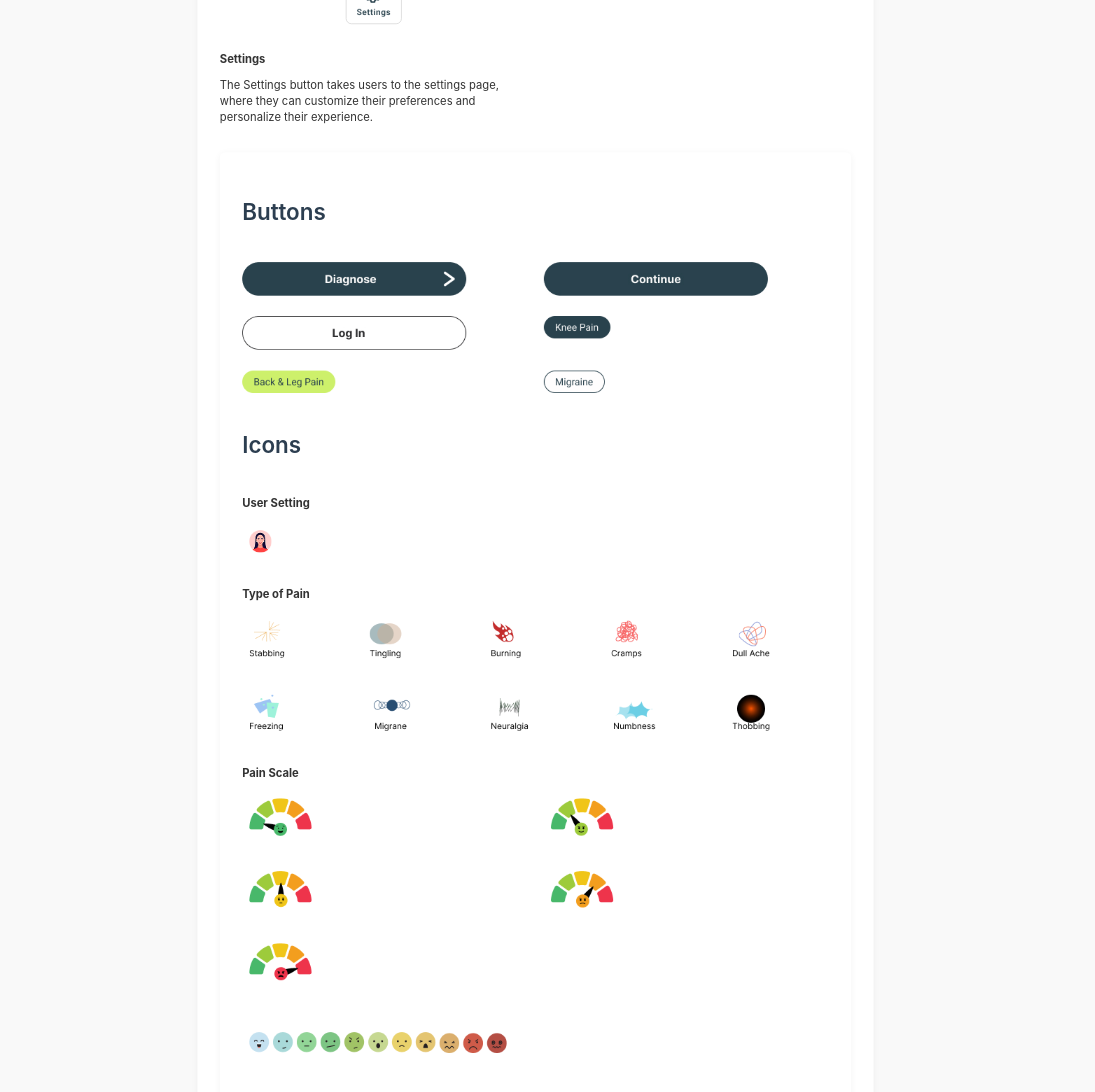
Repository: rosielee09/Heal_U
Page: graphics.html
These files come from the project's save history. The page is drawn as it stood at one moment and after the next save; the edit follows.
The browser window is 1280 px wide. The page is 1564 px wide, then 1532 px, so the pictures cover 1564 px, including what lies to the right of the window. The pictures show the part of the page from y = 838 to 2398 px (the page is 4593 px tall), at 70% of full size.

Above is the page before, as saved 2025-04-06 11:01:47.

### graphics.html
<!DOCTYPE html>
<html lang="en">
<head>
    <meta charset="UTF-8">
    <meta name="viewport" content="width=device-width, initial-scale=1.0">
    <link rel="stylesheet" href="styles.css">
    <title>Heal_U Styleguide</title>
</head>
<body>
    <div class="container">
        <!-- Sidebar Navigation -->
        <div class="sidebar">
            <div class="sidebar-header">
                <h1>UI/UX Styleguide</h1>
                <p>Project design system</p>
            </div>
            <ul class="nav">
                <li ><a href="index.html">Home</a></li>
                <li><a href="colors.html">Colors</a></li>
                <li><a href="typography.html">Typography</a></li>
                <li><a href="logo.html">Logo</a></li>
                <li class="active"><a href="graphics.html">Graphics</a></li>
                <li><a href="references.html">References</a></li>
            </ul>
        </div>

        <!-- Main Content - Home Page -->

        <div class="content">
            <header class="page-header">
                <h2>Graphics</h2>
                <p>This document provides guidelines for maintaining visual consistency across our product.</p>
            </header>


           <!-- SECTION 1: menu bar -->
           <div class="component">
            <div class="component-header">

                <section class="component-section">
                    <h3 class="component-title">Navigation Bar</h3>

                    <div class="graphic-grid">
                        <!-- home -->
                        <div class="graphic-item">
                            <img class="graphic-menu__icon" src="/img/graphic-menu/home.png" alt="home">
                            <div class="graphic-info">
                                <h4 class="graphic-title">Home</h4>
                                <p class="graphic-title-desc">The Home button navigates users to the home screen, providing quick access to the main interface.</p>
                            </div>
                        </div>
                        <!-- diagnose -->
                        <div class="graphic-item">
                            <img class="graphic-menu__icon" src="/img/graphic-menu/diagnose.png" alt="diagnose">
                            <div class="graphic-info">
                                <h4 class="graphic-title">Diagnose </h4>
                                <p class="graphic-title-desc">The diagnose button navigates users to the Diagnose page, allowing them to reassess their condition anytime, especially if their pain level changes significantly.</p>
                            </div>
                        </div>
                        <!-- Progress -->
                        <div class="graphic-item">
                            <img class="graphic-menu__icon" src="/img/graphic-menu/progress.png" alt="Progress">
                            <div class="graphic-info">
                                <h4 class="graphic-title">Progress </h4>
                                <p class="graphic-title-desc">
                                    The Progress button takes users to the Progress page, where they can track their journey from the beginning to their current pain condition.</p>
                            </div>
                        </div>

                        <!-- blog -->
                        <div class="graphic-item">
                            <img class="graphic-menu__icon" src="/img/graphic-menu/blog.png" alt="blog">
                            <div class="graphic-info">
                                <h4 class="graphic-title">Blog </h4>
                                <p class="graphic-title-desc">The Blog button takes users to the blog page, allowing them to interact with others and find motivation through shared experiences.</p>
                        </div>
                        </div>

                        <!-- Settings -->
                        <div class="graphic-item">
                            <img class="graphic-menu__icon" src="/img/graphic-menu/setting.png" alt="Setting">
                            <div class="graphic-info">
                                <h4 class="graphic-title">Settings </h4>
                                <p class="graphic-title-desc">The Settings button takes users to the settings page, where they can customize their preferences and personalize their experience.</p>
                    </div>
                </div>
            </div>
        </div>
<!-- button section -->
<div class="component">
                <section class="component-section">
                    <h3 class="component-title">Buttons </h3>

                    <div class="graphic-grid">
                          <!-- fill button -->
                        <div class="graphic-item">
                            <img class="graphic-button__icon" src="/img/Appovation - buttons/Button-fill-withIcon.png" alt="fill-icon">
                        </div>
                        <div class="graphic-item">
                            <img class="graphic-button__icon" src="/img/Appovation - buttons/Button-fill.jpg" alt="fill">
                        </div>
                        <div class="graphic-item">
                            <img class="graphic-button__icon" src="/img/Appovation - buttons/Button-outline.jpg" alt="outline">
                        </div>
                        <div class="graphic-item">
                            <img class="graphic-button__icon" src="/img/Appovation - buttons/chips-fill.png" alt="chips">
                        </div>
                        <div class="graphic-item">
                            <img class="graphic-button__icon" src="/img/Appovation - buttons/chips-highlighted.png" alt="chips-highlighted">
                        </div>
                        <div class="graphic-item">
                            <img class="graphic-button__icon" src="/img/Appovation - buttons/chips-outlined.png" alt="chips-outlined">
                        </div>
                    </div>
                </section>

            <section class="component-section">
                <h3 class="component-title">Icons </h3>
                <h4 class="graphic-title">User Setting</h4>
                <div class="graphic-item">
                    <img class="graphic-icons" src="/img/Appovation - icons/user setting icon.png" alt="pain_type_icon">
                </div>

                <h4 class="graphic-title">Type of Pain</h4>
                <div class="graphic-grid__icons">

                    <div class="graphic-item">
                        <img class="graphic-icons" src="/img/Appovation - icons/Icon-stabbing.png" alt="pain_type_icon">
                    </div>
                    <div class="graphic-item">
                        <img class="graphic-icons" src="/img/Appovation - icons/Icon-tingling.png" alt="pain_type_icon">
                    </div>
                    <div class="graphic-item">
                        <img class="graphic-icons" src="/img/Appovation - icons/Icon_Burning.png" alt="pain_type_icon">
                    </div>
                    <div class="graphic-item">
                        <img class="graphic-icons" src="/img/Appovation - icons/Icon_Cramps.png" alt="pain_type_icon">
                    </div>
                    <div class="graphic-item">
                        <img class="graphic-icons" src="/img/Appovation - icons/Icon_dull ache.png" alt="pain_type_icon">
                    </div>
                    <div class="graphic-item">
                        <img class="graphic-icons" src="/img/Appovation - icons/Icon_freezing.png" alt="pain_type_icon">
                    </div>
                    <div class="graphic-item">
                        <img class="graphic-icons" src="/img/Appovation - icons/Icon_Migrane.png" alt="pain_type_icon">
                    </div>
                    <div class="graphic-item">
                        <img class="graphic-icons" src="/img/Appovation - icons/Icon_neuralgia.png" alt="pain_type_icon">
                    </div>
                    <div class="graphic-item">
                        <img class="graphic-icons" src="/img/Appovation - icons/Icon_numbness.png" alt="pain_type_icon">
                    </div>
                    <div class="graphic-item">
                        <img class="graphic-icons" src="/img/Appovation - icons/Icon_thobbing.png" alt="pain_type_icon">
                    </div>

                </div>


                <h4 class="graphic-title">Pain Scale</h4>
                <div class="graphic-grid">

                    <div class="graphic-item">
                        <img class="graphic-icons" src="/img/Appovation - icons/Pain_difference-slider-green.png" alt="pain_scale_icon">
                    </div>
                    <div class="graphic-item">
                        <img class="graphic-icons" src="/img/Appovation - icons/Pain_difference-slider-mild.png" alt="pain_scale_icon">
                    </div>
                    <div class="graphic-item">
                        <img class="graphic-icons" src="/img/Appovation - icons/Pain_difference-slider-middle.png" alt="pain_scale_icon">
                    </div>
                    <div class="graphic-item">
                        <img class="graphic-icons" src="/img/Appovation - icons/Pain_difference-slider-less-severe.png" alt="pain_scale_icon">
                    </div>
                    <div class="graphic-item">
                        <img class="graphic-icons" src="/img/Appovation - icons/Pain_difference-slider-severe.png" alt="pain_scale_icon">
                    </div>
                </div>
                <div class="graphic-item-grid1">
                    <img class="graphic-icons" src="/img/Appovation - icons/progress pain scale.png" alt="pain_scale_icon">
                </div>

        </section>

        <section class="component-section">
            <h3 class="component-title">Illustrations</h3>

            <div class="graphic-grid-illustrations">
                  <!-- fill button -->
                <div class="graphic-item-illustrations">
                    <img class="graphic-illustrations" src="/img/Appovation - illustration set/5214865 1.png" >
                </div>
                <div class="graphic-item-illustrations">
                    <img class="graphic-illustrations" src="/img/Appovation - illustration set/AdobeStock_593962329 1.png">
                </div>
                <div class="graphic-item-illustrations">
                    <img class="graphic-illustrations" src="/img/Appovation - illustration set/exercise 2.png" >
                </div>
                <div class="graphic-item-illustrations">
                    <img class="graphic-illustrations" src="/img/Appovation - illustration set/Group 103.png" >
                </div>
                <div class="graphic-item-illustrations">
                    <img class="graphic-illustrations" src="/img/Appovation - illustration set/Group 84.png" >
                </div>
                <div class="graphic-item-illustrations">
                    <img class="graphic-illustrations" src="/img/Appovation - illustration set/Group 98.png" >
                </div>
            </div>
        </section>

        <section class="component-section">
            <h3 class="component-title">Images for Contents</h3>

            <div class="graphic-grid-images">
                <div class="graphic-item">
                    <img class="graphic-icons" src="/img/Appovation - images for contents/unsplash_GbomLmruCM8.png " alt="pain_type_icon">
                </div>
                <div class="graphic-item">
                    <img class="graphic-icons" src="/img/Appovation - images for contents/unsplash_gJtDg6WfMlQ.png" alt="pain_type_icon">
                </div>
                <div class="graphic-item">
                    <img class="graphic-icons" src="/img/Appovation - images for contents/unsplash_kFCdfLbu6zA.png" alt="pain_type_icon">
                </div>
                <div class="graphic-item">
                    <img height="200px" class="graphic-icons" src="/img/Appovation - images for contents/unsplash_PJ8C7JCqK0o-1.png" alt="pain_type_icon">
                </div>
                <div class="graphic-item">
                    <img height="200px" class="graphic-icons" src="/img/Appovation - images for contents/unsplash_PJ8C7JCqK0o.png" alt="pain_type_icon">
                </div>
        </section>

        <section class="component-section">
            <h3 class="component-title">Screens</h3>

            <div class="graphic-grid-images">
                <div class="graphic-item">
                    <img class="graphic-icons" src="/img/Appovation - screens/screen-dailypopup.png " alt="pain_type_icon">
                </div>
                <div class="graphic-item">
                    <img class="graphic-icons" src="/img/Appovation - screens/screen-survey.png" alt="pain_type_icon">
                </div>
                <div class="graphic-item">
                    <img class="graphic-icons" src="/img/Appovation - screens/screen-watchingtutorial.png" alt="pain_type_icon">
                </div>

        </section>


</body>
<script src="script.js"></script>
</html>

### styles.css
* {
    margin: 0;
    padding: 0;
    box-sizing: border-box;
}

body {
    font-family: 'Inter', -apple-system, BlinkMacSystemFont, 'Segoe UI', Roboto, Oxygen, Ubuntu, Cantarell, sans-serif;
    line-height: 1.4;
    color: #333;
    background-color: #f9f9f9;
}

hr {
    border-top: 0.4px lightgray;
    padding: 1rem;
    border-left: 0;
}

/* Layout */
.container {
    display: flex;
    min-height: 100vh;
}

/* Sidebar Navigation */
.sidebar {
    width: 250px;
    background-color: #2c3e50;
    color: #fff;
    padding: 2rem 0;
    position: fixed;
    height: 100vh;
    overflow-y: auto;
}

.sidebar-header {
    padding: 0 1.5rem 2rem;
    border-bottom: 1px solid rgba(255, 255, 255, 0.1);
}

.sidebar-header h1 {
    font-size: 1.5rem;
    font-weight: 700;
    margin-bottom: 0.5rem;
}

.sidebar-header p {
    font-size: 0.875rem;
    opacity: 0.7;
}

.nav {
    list-style: none;
    padding: 1.5rem 0;
}

.nav li {
    padding: 0.5rem 1.5rem;
}

.nav li.active {
    background-color: rgba(255, 255, 255, 0.1);
    border-left: 4px solid #3498db;
}

.nav a {
    color: #fff;
    text-decoration: none;
    display: block;
    font-size: 0.95rem;
    transition: all 0.2s;
}

.nav a:hover {
    opacity: 0.8;
}

/* Main Content */
.content {
    flex: 1;
    padding: 2rem;
    margin-left: 250px;
    max-width: calc(100% - 250px);
}

.page-header {
    margin-bottom: 2rem;
    padding-bottom: 1rem;
    border-bottom: 1px solid #eee;
}

.page-header h2 {
    font-size: 2rem;
    font-weight: 700;
    color: #2c3e50;
    margin-bottom: 0.5rem;
}

.page-header p {
    color: #7f8c8d;
    font-size: 1.1rem;
}

/* Components Common Styles */
.component {
    background-color: #fff;
    border-radius: 8px;
    box-shadow: 0 2px 10px rgba(0, 0, 0, 0.05);
    padding: 2rem;
    padding-top: 1rem;
    margin-bottom: 2rem;
}

.component-section{
    margin-top: 3rem;
}

.component-header {
    margin-top: 1.5rem;
    margin-bottom: 1.5rem;
}

.component-title {
    font-size: 2rem;
    font-weight: 600;
    margin-top: 2rem;
    margin-bottom: 3rem;
    color: #2c3e50;
}

.component-description {
    color: #7f8c8d;
}


    /* Color Styles */
.color-grid {
    display: grid;
    grid-template-columns: repeat(auto-fill, minmax(300px, 1fr));
    gap: 1.5rem;
}

.color-grid__onlycolor {
    display: grid;
    grid-template-columns: repeat(auto-fill, minmax(300px, 2fr));
    gap: 1.5rem;
    align-items: start;
}

.color-grid__Accessiblilliy {
    display: grid;
    grid-template-columns: repeat(auto-fit, minmax(clamp(300px, 50%, 400px), 1fr));
    gap: 1.5rem;
}

.color-item {
    border-radius: 6px;
    overflow: hidden;
    box-shadow: 0 2px 5px rgba(0, 0, 0, 0.1);
}

.color-preview {
    height: 120px;
}

.color-info {
    padding: 1rem;
    background-color: #fff;
}

.color-name {
    font-weight: 600;
    margin-bottom: 0.25rem;
}

.color-value {
    font-family: monospace;
    color: #7f8c8d;
    font-size: 0.85rem;
}

.color__primary--preview{
    background-color: #29424D;
}

.color__secondary--preview{
    background-color: #CFC4F4;
}

.color__tertiary--preview {
    background-color: #F8F3EC;
}

.color__accent--preview{
    background-color: #CDF06B;
}

.color__success--preview{
    background-color: #138636;
}

.color__error--preview{
    background-color: #C32D2D;
}

.color__warning--preview{
    background-color: #FFBD11;
}

.color__info--preview{
    background-color: #4976BA;
}

.color__background--preview{
    background-color: #fff;
}

.color__text--preview{
    background-color: #2E2E30;
}

.color-accessiblillity-img {
    width: 100%;
    height: 70%;
}

.color-example-img{
    align-items: center;
}


/* Graphics */
.graphic-grid {
    display: grid;
    grid-template-columns: repeat(auto-fill, minmax(300px, 2fr));
    gap: 1.5rem;

}

/* section__icons */
.graphic-grid__icons{
    display: grid;
    grid-template-columns: repeat(5, 1fr);
    gap: 1.5rem;
}

.graphic-item{
   justify-items: center;

}


.graphic-menu__icon{
    padding: 8px;
    border: 0.4px solid lightgrey;
    border-radius: 8px;
}

.graphic-title{
    margin-top: 2rem;
    margin-bottom: 1rem;
}

.graphic-title-desc{
    margin-bottom: 1rem;
}

.graphic-item-grid1{
    margin-top: 3rem;
}


/* section illustrations */
.graphic-grid-illustrations,
.graphic-grid-images{
    display: grid;
    grid-template-columns: repeat(3, 1fr);
    gap: 1.5rem;
}
.graphic-item-illustrations,
.graphic-illustrations{
    max-width: 200px;
    max-height: 200px;
}
.graphic-icons{
    padding: 10px;
    border-radius: 16px;
}

/* Typography */

/* Import Roboto font with multiple weights */
@import url('https://fonts.googleapis.com/css2?family=Roboto:wght@400;500;700&display=swap');


/* Table styling */
table {
  width: 100%;
  border-collapse: collapse;
  font-family: 'Roboto', sans-serif;
  margin: 2rem 0;
}

th {
  background-color: #f8f9fa;
  color: #212529;
  padding: 12px 16px;
  text-align: left;
  font-weight: 500;
  border-bottom: 2px solid #dee2e6;

}

td {
  padding: 16px;
  border-bottom: 1px solid #e9ecef;
  vertical-align: top;
}

/* Remove default list styling */
td li {
  list-style: none;
  margin: 4px 0;
  padding-left: 0;
}



.content-image {
  margin: auto;
  display: block;
  padding: 1rem;
}

.center {
  text-align: center;
}



.typography-item {
    margin-bottom: 2rem;
}


.heading1 {
  font-family: 'Roboto', sans-serif;
  font-size: 40px;
  line-height: 48px;
  font-weight: 700;
  color: #212529;

}

.heading2 {
  font-family: 'Roboto', sans-serif;
  font-size: 32px;
  line-height: 40px;
  font-weight: 700;
  color: #212529;
}

.section-header {
  font-family: 'Roboto', sans-serif;
  font-size: 24px;
  line-height: 32px;
  font-weight: 700;
  color: #212529;
}

.sub-header {
  font-family: 'Roboto', sans-serif;
  font-size: 20px;
  line-height: 28px;
  font-weight: 700;
  color: #212529;
}

.body-bold {
  font-family: 'Roboto', sans-serif;
  font-size: 16px;
  line-height: 24px;
  font-weight: 700;
  color: #212529;
}


.body {
  font-family: 'Roboto', sans-serif;
  font-size: 16px;
  line-height: 24px;
  font-weight: 400;
  color: #212529;
}

.small {
  font-family: 'Roboto', sans-serif;
  font-size: 14px;
  line-height: 20px;
  font-weight: 400;
  color: #212529;
}

.small-italic {
  font-family: 'Roboto', sans-serif;
  font-style: italic;
  font-size: 14px;
  line-height: 20px;
  font-weight: 400;
  color: #212529;
}

.tiny-bold {
  font-family: 'Roboto', sans-serif;
  font-size: 12px;
  line-height: 18px;
  font-weight: 700;
  color: #212529;
}

.tiny {
  font-family: 'Roboto', sans-serif;
  font-size: 12px;
  line-height: 18px;
  font-weight: 400;
  color: #212529;
}

.mini {
  font-family: 'Roboto', sans-serif;
  font-size: 8px;
  line-height: 12px;
  font-weight: 400;
  color: #212529;
  letter-spacing: 0.5px;
}

/* Add zebra striping for better readability */
tbody tr:nth-child(odd) {
  background-color: #f8f9fa;
}

Loaded but not shown: script.js (no stored copy; drawn as an empty file)

After the next save:
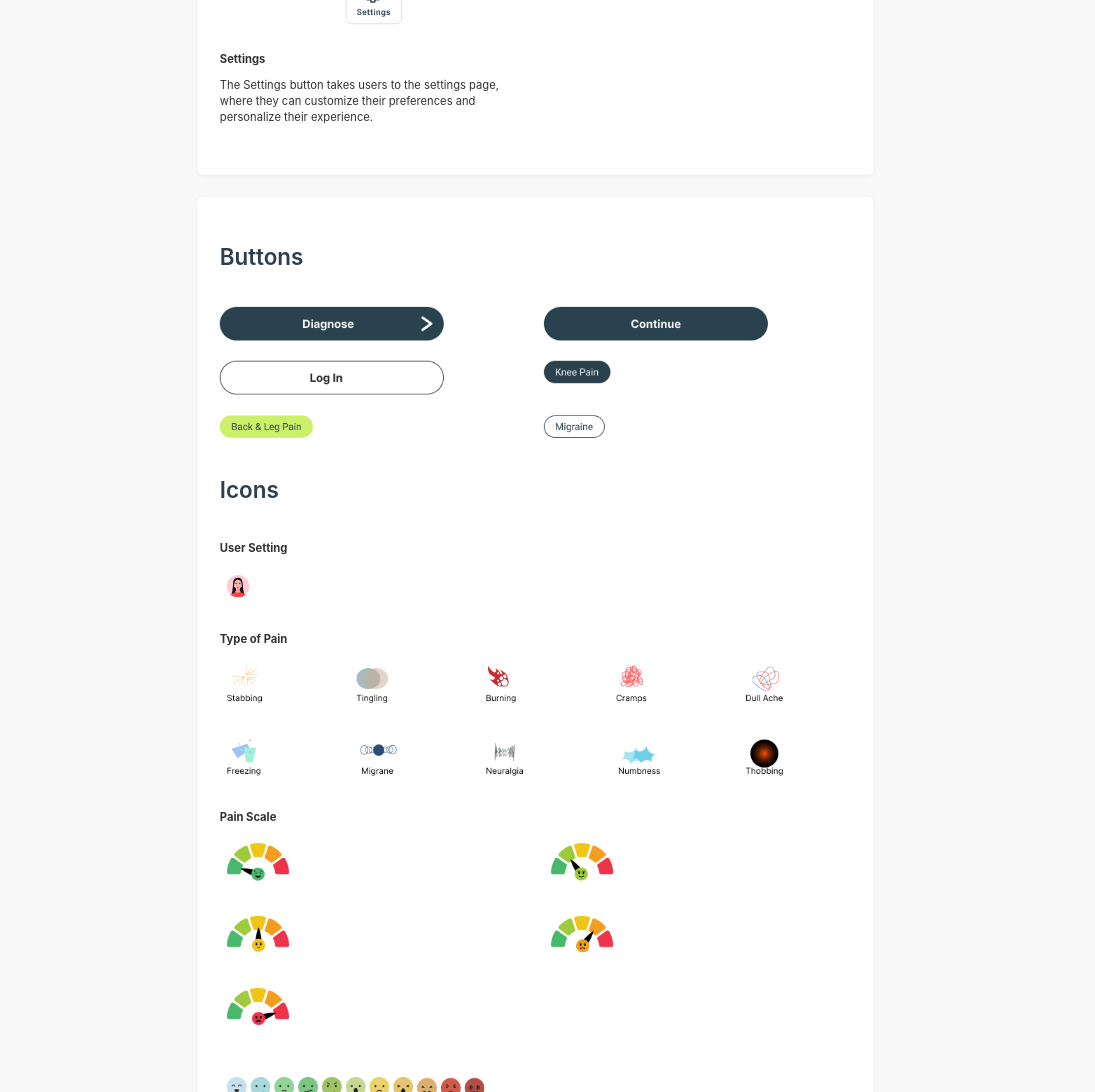
Saved 11 s later.
--- a/graphics.html
+++ b/graphics.html
@@ -85,7 +85,7 @@
                     </div>
                 </div>
             </div>
-        </div>
+        </div></div>
 <!-- button section -->
 <div class="component">
                 <section class="component-section">
